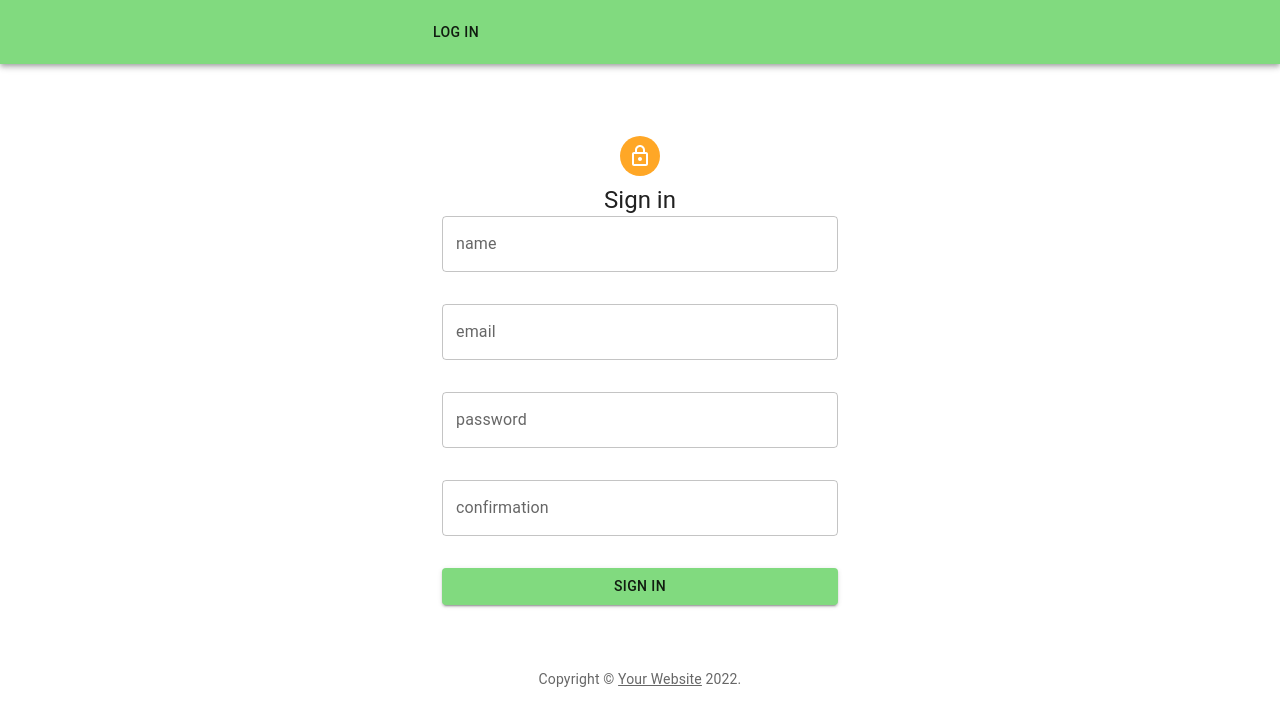
Repository: motohiro0410/motsufood
Page: /signin (app in frontend/)
The author's editor kept a copy of each file at every save. The page is drawn from the files as they stood at one save, then again after the next save.
The browser window is 1280 px wide. The pictures show the whole page.
The project was rebuilt for these pictures with package versions that can differ from the ones it lists, and the page was loaded fresh each time. Also part of the build but not shown: frontend/src/components/pages/Login.tsx, frontend/src/components/organisms/Footer.tsx, frontend/src/components/organisms/MainHeader.tsx, frontend/src/components/organisms/UserDetailModal.tsx, frontend/src/apis/useCreateCount.ts, frontend/src/components/pages/Count.tsx, frontend/src/components/pages/Money.tsx, frontend/src/components/organisms/GroupHeader.tsx and 8 more.

Above is the page before, as saved 2022-08-21 23:57:38.

After the next save:
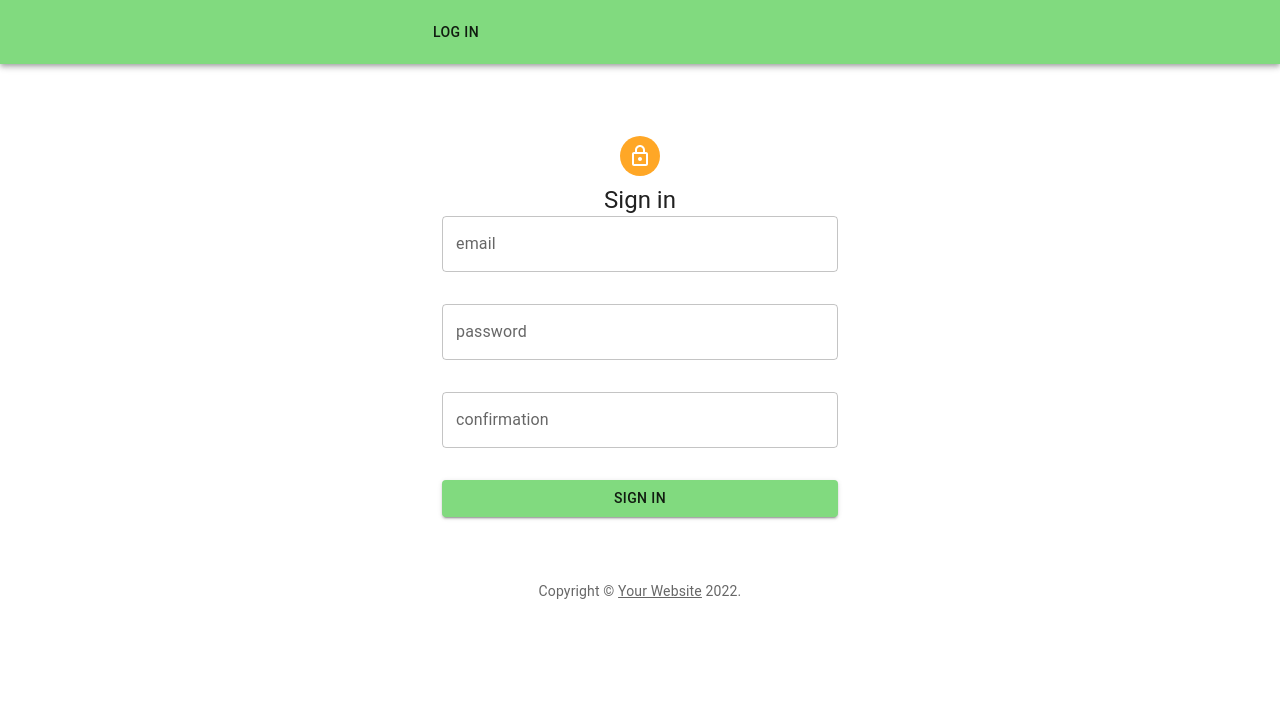
Saved 38 s later.
--- a/frontend/src/components/pages/SignIn.tsx
+++ b/frontend/src/components/pages/SignIn.tsx
@@ -58,7 +58,7 @@
               Sign in
             </Typography>
             <Stack component="form" width="100%" onSubmit={handleSubmit} noValidate spacing={4} >
-              <FormControl fullWidth sx={{ m: 5 }}>
+              {/* <FormControl fullWidth sx={{ m: 5 }}>
                 <InputLabel htmlFor="outlined-adornment-amount">name</InputLabel>
                 <OutlinedInput
                   id="outlined-adornment-amount"
@@ -67,7 +67,7 @@
                   // onChange={}
                   type="string"
                 />
-              </FormControl>
+              </FormControl> */}
               <FormControl fullWidth sx={{ m: 5 }}>
                 <InputLabel htmlFor="outlined-adornment-amount">email</InputLabel>
                 <OutlinedInput

After the save that followed:
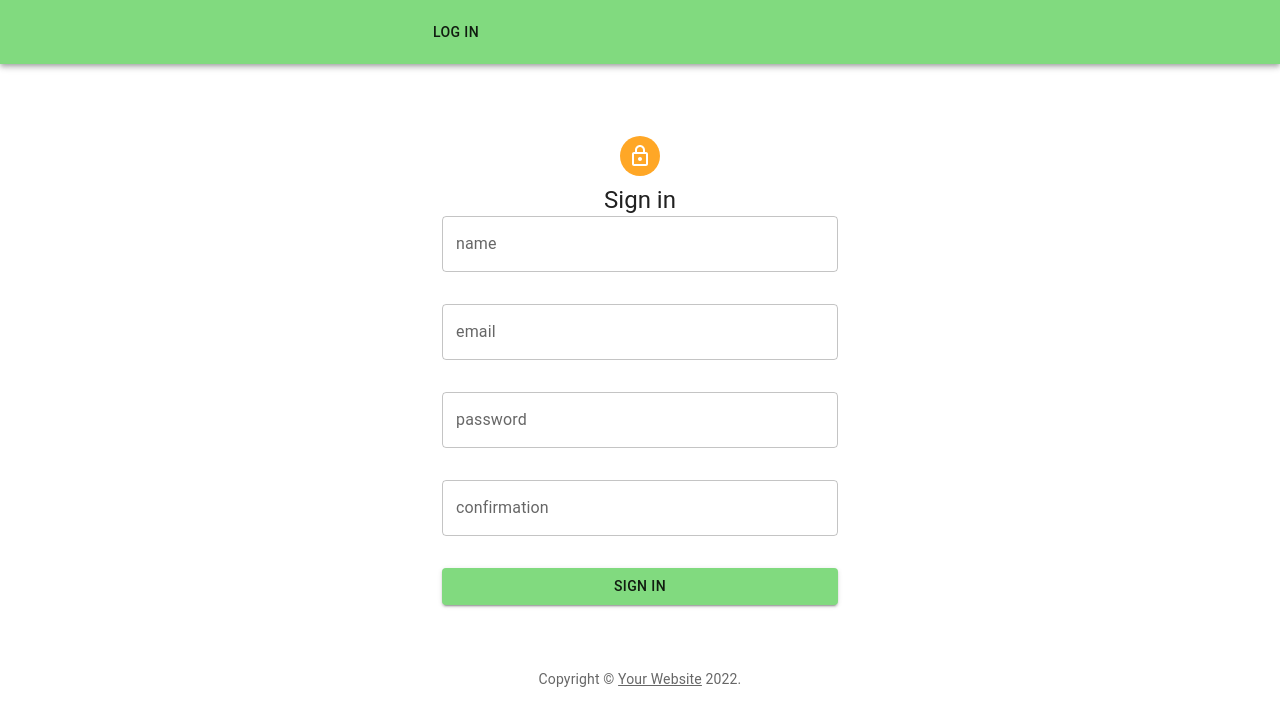
Saved 12 s later.
--- a/frontend/src/components/pages/SignIn.tsx
+++ b/frontend/src/components/pages/SignIn.tsx
@@ -58,7 +58,7 @@
               Sign in
             </Typography>
             <Stack component="form" width="100%" onSubmit={handleSubmit} noValidate spacing={4} >
-              {/* <FormControl fullWidth sx={{ m: 5 }}>
+              <FormControl fullWidth sx={{ m: 5 }}>
                 <InputLabel htmlFor="outlined-adornment-amount">name</InputLabel>
                 <OutlinedInput
                   id="outlined-adornment-amount"
@@ -67,7 +67,7 @@
                   // onChange={}
                   type="string"
                 />
-              </FormControl> */}
+              </FormControl>
               <FormControl fullWidth sx={{ m: 5 }}>
                 <InputLabel htmlFor="outlined-adornment-amount">email</InputLabel>
                 <OutlinedInput
